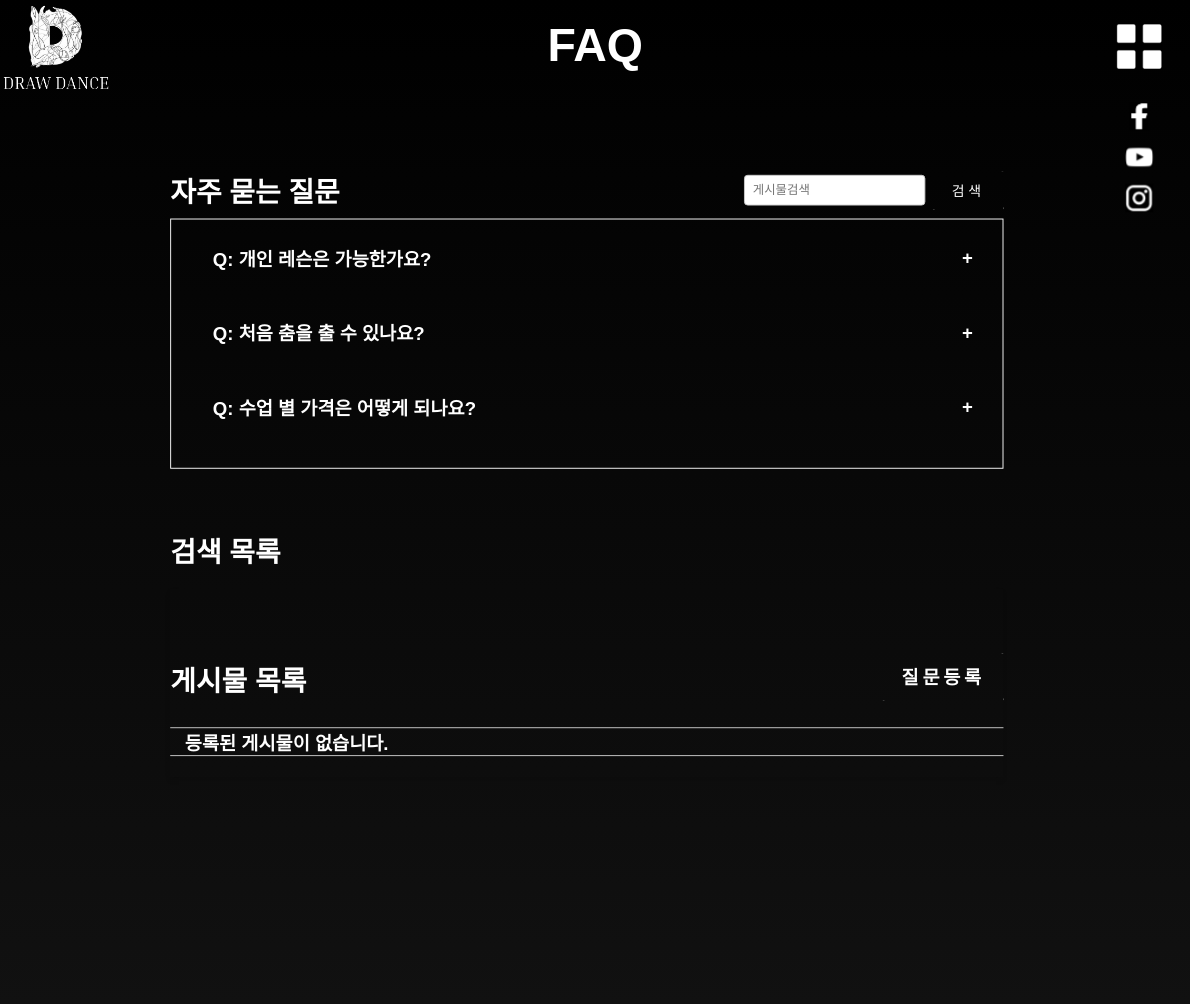
Repository: seonghun9906/semiProject
Page: http://localhost/drawAcademy/WEB-INF/views/QBoard/qboard.jsp
The author's editor kept a copy of each file at every save. The page is drawn from the files as they stood at one save, then again after the next save.
The browser window is 1280 px wide. The pictures show the whole page, at 93% of full size.
The page is served by Tomcat 9. Nobody is signed in. Other server files are loaded and not shown. The template is opened directly, without the code that normally fills it, so the values that code supplies are empty.

Above is the page before, as saved 2024-03-05 07:01:40.

### drawAcademy/src/main/webapp/WEB-INF/views/QBoard/qboard.jsp
<%@ page language="java" contentType="text/html; charset=UTF-8"
	pageEncoding="UTF-8"%>
<%@ taglib uri="http://java.sun.com/jsp/jstl/core" prefix="c"%>
<!DOCTYPE html>
<html>
<head>
<meta charset="UTF-8">
<title>게시물 목록</title>
<link rel="stylesheet" href="resources/css/qboard.css">
<!-- jQuery 라이브러리 추가 -->
<script
	src="https://ajax.googleapis.com/ajax/libs/jquery/3.5.1/jquery.min.js"></script>
<script src="https://code.jquery.com/jquery-3.7.1.min.js"
	integrity="sha256-/JqT3SQfawRcv/BIHPThkBvs0OEvtFFmqPF/lYI/Cxo="
	crossorigin="anonymous"></script>
<script>
   $(function() {
      let m = "${msg}";
      if (m != "") {
         alert(m);
      }
   });
</script>
</head>

<body>
	<div class=title>FAQ</div>
	<header class="headerMenu">
		<button class="Home-btn" onclick="location.href='./'">
			<img src="resources/images/lg.png" class="logo">
		</button>
		<div id="menu-container">
			<img src="resources/images/menu.png" id="menuButton">
			<div id="rectangle">
				<br> <br>
				<button class="Home-btn" onclick="location.href='./'">
					<p>HOME</p>
				</button>
				<br> <br> <br>
				<button class="ABOUT-btn" onclick="location.href='./about'">
					<p>ABOUT</p>
				</button>
				<br> <br> <br>
				<button class="INSTRUCTORS-btn"
					onclick="location.href='./instructors'">
					<p>INSTRUCTORS</p>
				</button>
				<br> <br> <br>
				<button class="CLASS-btn" onclick="location.href='./classpage'">
					<p>CLASS</p>
				</button>
				<br> <br> <br>
				<button class="CONTACT-btn" onclick="location.href='./qboard'">
					<p>FAQ</p>
				</button>
				<br> <br> <br> <br> <br> <br> <br>
				<div class="smallWord">
					<button id="loginBtn" class="LOGIN-btn"
						onclick="location.href='./login'">
						<small>LOGIN</small>
					</button>
					<form id="logoutForm" action="logout" method="get">
						<button class="LOGIN-btn" onclick="location.href='./'">
							<small>LOGOUT</small>
						</button>
					</form>
					<button id="signupBtn" class="SIGNUP-btn"
						onclick="location.href='./signUp'">
						<small>SIGN UP</small>
					</button>
					<button id="myPage" class="MYPAGE-btn"
						onclick="location.href='./mypage'">
						<small>MY PAGE</small>
					</button>
				</div>
				<br> <br>
				<div id="icon-container2">
					<a href="https://www.facebook.com"> <img
						src="resources/images/facebookIcon.png" class="facebook">
					</a> <a href="https://www.youtube.com"> <img
						src="resources/images/youtubeIcon.png" class="youtube">
					</a> <a href="https://www.instagram.com"> <img
						src="resources/images/instagramIcon.png" class="instagram">
					</a>
				</div>
			</div>
		</div>
		<div id="icon-container">
			<a href="https://www.facebook.com"> <img
				src="resources/images/facebookIcon.png" class="facebook">
			</a> <a href="https://www.youtube.com"> <img
				src="resources/images/youtubeIcon.png" class="youtube">
			</a> <a href="https://www.instagram.com"> <img
				src="resources/images/instagramIcon.png" class="instagram">
			</a>
		</div>

	</header>

	<div class="middle-box">
	<div class="boarder-box">
	<div class="header-title">
	<div class="frequent-title">자주 묻는 질문
	<form action="searchProc" method="get"
         onsubmit="return validateSearch()">
         <input class="inputS" type="text" id="searchText" name="searchText"
            placeholder="게시물검색">
         <div class=btn-con>
            <button class="searchB" type="submit">
               <span></span> <span></span> <span></span> <span></span> 검색
            </button>
         </div>
      </form>


	</div>
	</div>


		<div class="frequent-question">
			<div class="faqCard">
				<div class="question">
					Q: 개인 레슨은 가능한가요?
					<button class="downButton">+</button>
				</div>
				<div class="answer">A: 강사와 조율하면 개인 레슨이 가능합니다.</div>
			</div>
			<div class="faqCard">
				<div class="question">
					Q: 처음 춤을 출 수 있나요?
					<button class="downButton">+</button>
				</div>
				<div class="answer">A: 네, 누구나 춤을 출 수 있습니다. 본인의 노력에 따라 결과가
					달라집니다.</div>
			</div>
			<div class="faqCard">
				<div class="question">
					Q: 수업 별 가격은 어떻게 되나요?
					<button class="downButton">+</button>
				</div>
				<div class="answer">A: k-pop 25,000원, girlish 30,000원, hip-hop
					25,000원입니다.</div>
			</div>
		</div>
	</div>
		<!-- 검색 목록 -->
		<div class="search">
			<h4 class="searchList">검색 목록</h4>
			<c:if test="${not empty searchResult}">
				<c:forEach var="search" items="${searchResult}">
					<div class="search-item">
						<ul>
							<li>
							<a href="./detail?b_code=${search.b_code}">제목 :
								${search.b_title}</a>
							</li>
						</ul>
					</div>
				</c:forEach>
			</c:if>
		</div>
		<!-- 게시물 -->
		<div class="content-box">
			<div class="commentList">
				<div class="test1">
					<p class="test">게시물 목록</p>
					<button id="cklogin" class= "searchB" onclick="location.href='./qwrite'">
					<span></span>
					<span></span>
					<span></span>
					<span></span>
					질문등록</button>
				</div>


				<c:if test="${empty qList}">
					<div class="qboard-item">
						<span class="none-content">등록된 게시물이 없습니다.</span>
					</div>
				</c:if>

				<c:if test="${qList ne null}">
					<c:forEach var="qqq" items="${qList}">
						<div class="qboard-item">
						<ul>
							<li>
							<a id="qlist" href="./detail?b_code=${qqq.b_code}">제목 :
								"${qqq.b_title}" </a>
								</li>
						</ul>
						</div>
					</c:forEach>
				</c:if>
				<!-- 페이지 기능 -->
			</div>

			<div class="paging-area">
				<div class="paging">${paging}</div>
			</div>
		</div>
	</div>


</body>
<!-- 메뉴 버튼 기능 -->
<script>


   var rectangle = document.getElementById('rectangle');
   var menuButton = document.getElementById('menuButton');
   var iconContainer = document.getElementById('icon-container');
   var isRectangleVisible = false; // rectangle의 초기 상태를 정의 - 첫 메뉴 클릭 때 실행되지 않는 현상 해결

   menuButton.addEventListener('click', function() {
      if (!isRectangleVisible) {
         rectangle.style.display = 'block';
         iconContainer.style.display = 'none'; //메뉴 창이 나오면서 iconcontainer 사라지기
         isRectangleVisible = true; // rectangle이 보이는 상태로 설정
      } else {
         rectangle.style.display = 'none';
         iconContainer.style.display = 'flex';
         isRectangleVisible = false; // rectangle이 숨겨진 상태로 설정
      }
   });
</script>
<script>
document.addEventListener("DOMContentLoaded", function() {
  var loginBtn = document.getElementById("loginBtn");
  var logoutForm = document.getElementById("logoutForm");
  var signupBtn = document.getElementById("signupBtn");
  var myPageBtn = document.getElementById("myPage");

  var loggedInMember = '<%=session.getAttribute("login")%>';
  console.log("세션에 저장된 값: " + loggedInMember);
  // 여기서 로그인 여부를 확인하고 그에 따라 버튼을 표시하거나 숨깁니다.
  var isLoggedIn = loggedInMember !== 'null' && loggedInMember !== '';

  if (isLoggedIn) {
    loginBtn.style.display = "none";
    logoutForm.style.display = "block";
    signupBtn.style.display = "none";
    myPageBtn.style.display ="block";
  } else {
    loginBtn.style.display = "block";
    logoutForm.style.display = "none";
    signupBtn.style.display= "block";
    myPageBtn.style.display="none";
  }
});
</script>
<script>
    function validateSearch() {
        var searchText = document.getElementById("searchText").value.trim(); // 검색어 입력란의 값을 가져와서 공백을 제거합니다.
        if (searchText === "") { // 검색어가 비어있는 경우
            //alert("검색어를 입력하세요."); // 경고 메시지를 표시합니다.
            return false; // 검색을 막습니다.
        }
        return true; // 검색을 실행합니다.
    }
</script>
<script>
   var downButtons = document.querySelectorAll('.downButton');

   downButtons.forEach(function(button) {
      button.addEventListener('click', function(event) {
         var question = event.target.closest('.question');
         var answer = question.nextElementSibling;

         // 현재 표시 여부를 확인하여 토글
         if (answer.style.display === 'block') {
            answer.style.display = 'none';
            button.textContent = '+';
         } else {
            answer.style.display = 'block';
            button.textContent = '-';
         }
      });
   });
</script>
</html>

### drawAcademy/src/main/webapp/resources/css/qboard.css
html {
	height: 150%;
}

body {
	margin: 0;
	padding: 0;
	font-family: sans-serif;
	background: linear-gradient(#000000, #111111);
	overflow: auto; /* 수직 스크롤이 있는 경우 스크롤 생성 */
}

.bodyMain {
	position: relative;
	background-color: #000000;
	top: 0;
	left: 0;
	bottom: 0;
	right: 0;
	width: 100%;
	height: 100%;
}

.headerMenu .Home-btn {
	position: absolute;
	background: none;
	border: none;
	padding: 0;
	cursor: pointer;
	width: auto; /* 이미지 크기에 맞게 자동으로 조정됨 */
	z-index: 9999;
}

.title {
	width: 100%; /* 컨테이너의 너비를 화면 전체로 설정 */
	position: absolute; /* 화면 아래에 고정시킵니다. */
	text-align: center; /* 내부 텍스트를 가운데 정렬합니다. */
	padding: 20px; /* 내부 여백 설정 (예시) */
	box-sizing: border-box; /* 패딩이 포함된 전체 너비/높이 계산 */
	color: #ffffff;
	font-size: 50px;
	font-weight: bold;
	z-index: 9999;
}

.headerMenu .logo {
	width: 120px; /* 이미지가 버튼 내에서 꽉 차도록 설정 */
	height: auto; /* 이미지의 가로 세로 비율을 유지하면서 버튼에 맞게 조정 */
}

.facebook {
	width: 20px;
	height: 30px;
	z-index: 9999;
}

.youtube {
	width: 30px;
	height: 20px;
	z-index: 9999;
}

.instagram {
	width: 30px;
	height: 30px;
	z-index: 9999;
}

#menu-container {
	position: relative;
	z-index: 9999;
}

#menuButton {
	cursor: pointer;
	position: fixed;
	top: 25px;
	right: 30px; /* 오른쪽으로 이동 */
	display: flex;
	width: 50px;
	height: 50px;
	z-index: 9999;
}

#icon-container {
	position: fixed;
	top: 110px;
	right: 40px;
	display: flex;
	flex-direction: column; /* 세로 방향으로 아이콘을 나열 */
	align-items: center; /* 아이콘을 수직 중앙으로 정렬 */
	gap: 15px; /* 아이콘 사이의 간격 설정 */
	z-index: 9998;
}

#rectangle {
	/* 처음엔 숨겨져 있음 */
	position: absolute;
	top: 110px; /* toggleButton 바로 아래 위치 */
	right: 30px; /* menuButton과 같게 */
	width: 10.5%;
	min-height: 200px;
	color: black;
	background-color: black;
	display: none;
	border: 2px solid white;
	background-color: black;
	z-index: 9999;
}

#rectangle button {
	cursor: pointer;
	background-color: black;
	border: none;
	padding: 0.5em 0.5em; /* 위아래 0.5em, 좌우 1em으로 설정하여 버튼 크기를 내용에 맞게 조정 */
	color: white;
	font-size: 23px;
	gap: 15px;
}

#rectangle p {
	color: white;
	text-align: left;
	font-size: 24px;
	text-decoration: underline; /* 밑줄 */
	margin: 0px;
}

.smallWord {
	color: white;
	margin: 10px;
}

#icon-container2 {
	position: relative;
	right: -30px;
	display: flex;
	margin-bottom: 30px;
	flex-direction: row; /* 가로 방향으로 아이콘을 나열 */
	align-items: center; /* 아이콘을 수직 중앙으로 정렬 */
	gap: 15px; /* 아이콘 사이의 간격 설정 */
	z-index: 9998;
}

.content-box {
	width: 100%;
	position: absolute;
	box-sizing: border-box;
	color: #ffffff;
	font-size: 20px;
	font-weight: bold;
	margin: 0 auto;
	box-shadow: 0 4px 6px rgba(0, 0, 0, 0.1);
}

.test1 {
	padding-top:5%;
	display: flex;
	border-bottom: 1px solid #cccccc; /* 리스트 사이의 간격을 조절하기 위한 패딩 추가 */
}

.test {
	color: white;
	font-size: 30px;
	font-weight: bold;
}

.qboard-item {

	padding-left : 1.75%;
	border-bottom: 1px solid #cccccc;
}
.paging-area {
    text-align: center; /* 하위 요소를 가로로 가운데 정렬하기 위해 text-align: center; 사용 */
    overflow: hidden; /* 내부 요소가 부모 컨테이너를 벗어나지 않도록 설정 */
}

.paging {
   width: 40%; /* 컨테이너의 너비를 화면 전체로 설정 */
    display: inline-block;

   text-align: left; /* 내부 텍스트를 가운데 정렬합니다. */
   padding: 0px; /* 내부 여백 설정 (예시) */
   box-sizing: border-box; /* 패딩이 포함된 전체 너비/높이 계산 */
   color: white;
    text-decoration: none; /* 밑줄 제거 */
   font-size: 20px;
   font-weight: bold;
   margin: 1%;
   text-align: left;

}


.pno {
	display: inline-block;
   padding : 3%;
   color: gray;
   text-decoration: none; /* 밑줄 제거 */

}

.pno:hover {
    color: gray; /* 마우스를 올렸을 때 링크의 색상 변경 */
}

.active {
   color : white;

}

#qlist {
	color: white;
	text-decoration: none; /* 밑줄 제거 */
	font-family: Arial, sans-serif; /* 얇은 글꼴 적용 */
	font-weight: 300;
}

.wr-btn {
	position: fixed;
	bottom: 5%;
	right: 30px; /* 화면 오른쪽에서 20px 떨어진 위치에 배치합니다. */
	z-index: 9999; /* 다른 요소 위에 표시될 수 있도록 z-index 값을 지정합니다. */
	font-size: 20px; /* 버튼의 글꼴 크기를 조정합니다. */
	border-radius: 3px;
}

#cklogin {
	height: 50px;
	margin-top: 25px; margin-left : auto; /* 오른쪽으로 이동 */
	border: none;
	font-weight: bold;
	font-size: 20px;
	margin-left: auto;
}

.header-title {
	display: flex;
	justify-content: space-between;
	align-items: center;
	background-color: #f0f0f0;

}

.middle-box {
	width: 70%;
	height: 100%; position : absolute;
	top: 32.7%;
	position: absolute;
	left: 14.3%;
}


/** 하민 작업 **/
.frequent-title {
	width: 100%;
	position: absolute;
	box-sizing: border-box;
	color: white;
	font-size: 30px;
	font-weight: bold;
	margin-top:-7%;
}

.frequent-title, form {
	margin-left: auto; /* 나머지 공간을 오른쪽으로 이동 */
	display: flex; /* flexbox 레이아웃 적용 */
	align-items: center; /* 수직 중앙 정렬 */
	font-weight: bold;
}

input[type="text"] {
	padding: 8px;
	margin-right: 8px; /* 인풋과 버튼 사이 여백 조절 */
	border: 1px solid #ccc;
	border-radius: 4px;
}

.frequent-question {
	top: 40%;
	left: 50%;
	box-sizing: border-box;
	color: #ffffff;
	font-size: 20px;
	font-weight: bold;
	margin: 0 auto;
	border: 1px solid;
	padding-left: 5%;
	padding-top: 3%;
	padding-bottom: 0%;

}


.faqCard {
	height: 80px;
	overflow: hidden;
}

.question {
	display: flex;
	justify-content: space-between;
	align-items: center;
	box-sizing: border-box;
}

.downButton {
	margin-left: auto;
	padding-right:3.75%; /* 오른쪽으로 이동 */
	cursor: pointer;
	background-color: transparent;
	border: none;
	color: #fff;
	font-weight: bold;
	font-size: 20px;
}

.answer {
	margin-top: 10px;
	display: none; /* 초기에는 숨김 */
	box-sizing: border-box;
}

.search {
	box-sizing: border-box;
    color: #ffffff;
    font-size: 30px;
    font-weight: bold;
}

.search-item {
	color: white;
	font-size: 20px;
	font-weight: bold;
	padding-left: 1.75%;
	border-bottom: 1px solid #cccccc;

}

.search-item a {
	color: white;
	font-size: 20px;
	font-weight: bold;
	text-decoration: none;

}

.searchList {
	color: white;
	font-size: 30px;
	font-weight: bold;
	margin: 20px;
	padding-top :5%;
	margin-left: 0px;
}
.searchList1{
	padding-top:5%;
	border-bottom: 1px solid #cccccc;
}

.searchB {
	cursor: pointer;
	position: relative;
	display: inline-flex;
	padding: 10px 20px;
	color: #ffffff;
	font-size: 15px;
	text-decoration: none;
	text-transform: uppercase;
	overflow: hidden;
	transition: .5s;
	letter-spacing: 4px;
	border: none;
	background-color: transparent;
	z-index: 9999;
}

/* 버튼에 마우스를 올렸을 때 스타일 변경 */
.searchB:hover {
	background: #ffffff;
	color: #000000;
	border-radius: 5px;
	box-shadow: 0 0 5px #ffffff, 0 0 25px #ffffff, 0 0 50px #ffffff, 0 0
		100px #ffffff;
}

.searchB span {
	position: absolute;
	display: block;
}

.
.searchB span:nth-child(1) {
	top: 0;
	left: -100%;
	width: 100%;
	height: 2px;
	background: linear-gradient(90deg, transparent, #ffffff);
	animation: btn-anim1 1s linear infinite;
}

@
keyframes btn-anim1 { 0% {
	left: -100%;
}

50
%
,
100
%
{
left
:
100%;
}
}
.searchB span:nth-child(2) {
	top: -100%;
	right: 0;
	width: 2px;
	height: 100%;
	background: linear-gradient(180deg, transparent, #ffffff);
	animation: btn-anim2 1s linear infinite;
	animation-delay: .25s
}

@
keyframes btn-anim2 { 0% {
	top: -100%;
}

50
%
,
100
%
{
top
:
100%;
}
}
.searchB span:nth-child(3) {
	bottom: 0;
	right: -100%;
	width: 100%;
	height: 2px;
	background: linear-gradient(270deg, transparent, #ffffff);
	animation: btn-anim3 1s linear infinite;
	animation-delay: .5s
}

@
keyframes btn-anim3 { 0% {
	right: -100%;
}

50
%
,
100
%
{
right
:
100%;
}
}
.searchB span:nth-child(4) {
	bottom: -100%;
	left: 0;
	width: 2px;
	height: 100%;
	background: linear-gradient(360deg, transparent, #ffffff);
	animation: btn-anim4 1s linear infinite;
	animation-delay: .75s
}

@
keyframes btn-anim4 { 0% {
	bottom: -100%;
}
50
%
,
100
%
{
bottom
:
100%;
}

After the next save:
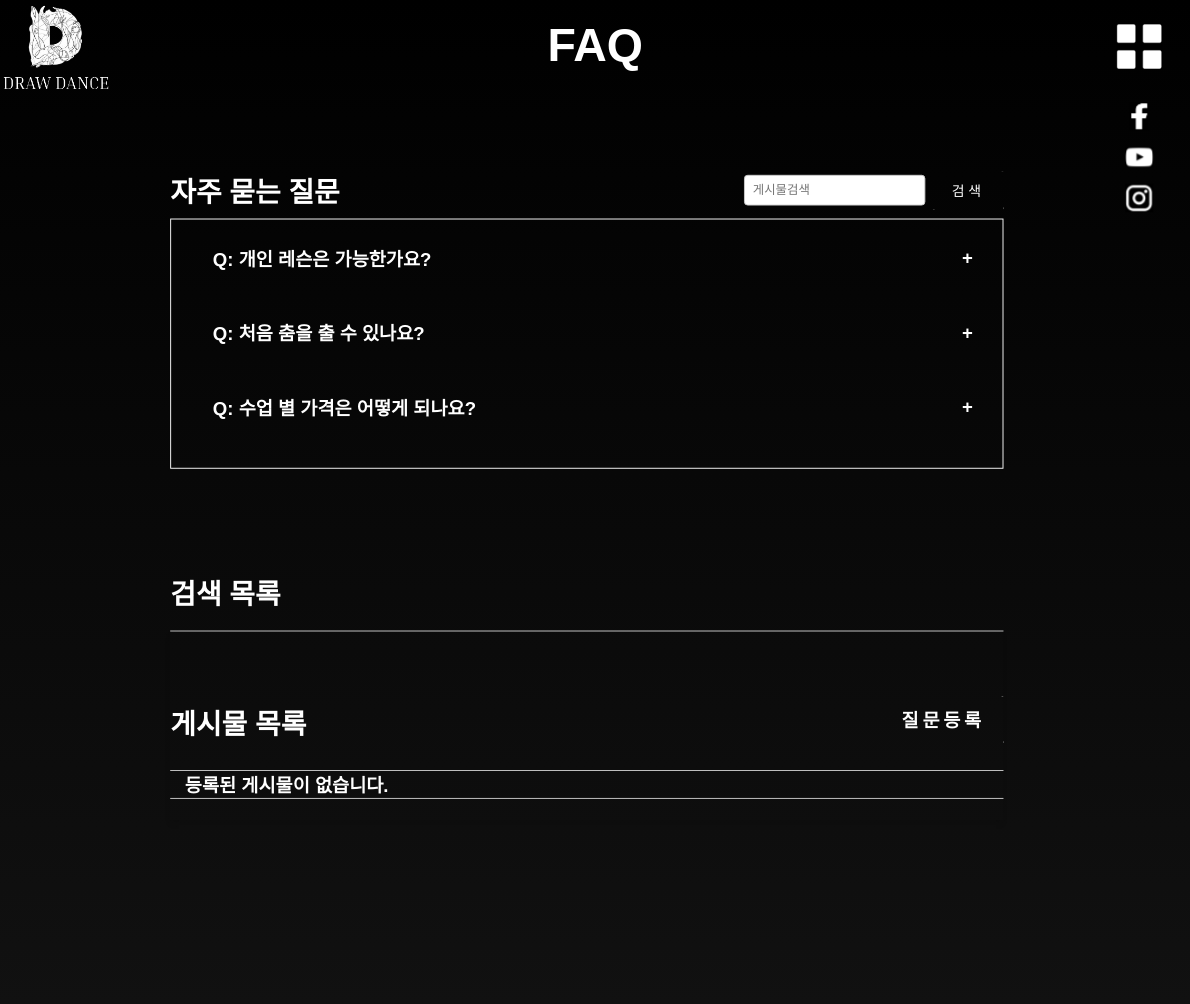
Saved 16 min 59 s later.
--- a/drawAcademy/src/main/webapp/WEB-INF/views/QBoard/qboard.jsp
+++ b/drawAcademy/src/main/webapp/WEB-INF/views/QBoard/qboard.jsp
@@ -145,7 +145,9 @@
 	</div>
 		<!-- 검색 목록 -->
 		<div class="search">
+		<div class="searchList1">
 			<h4 class="searchList">검색 목록</h4>
+			</div>
 			<c:if test="${not empty searchResult}">
 				<c:forEach var="search" items="${searchResult}">
 					<div class="search-item">
